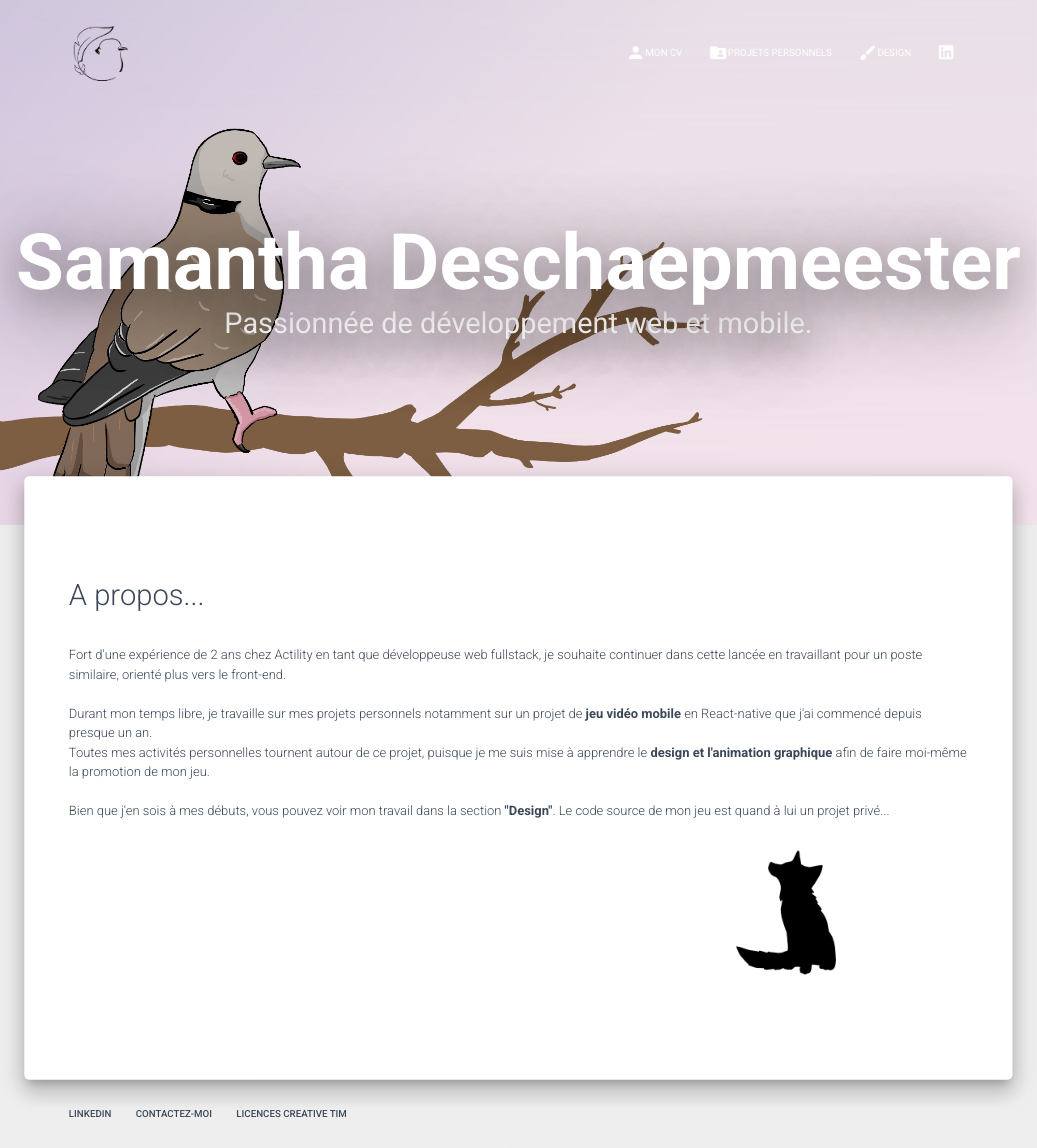
Repository: sdeschaepmeester/NewPortfolio
Page: /
The author's editor kept a copy of each file at every save. The page is drawn from the files as they stood at one save, then again after the next save.
The browser window is 1280 px wide. The pictures show the whole page, at 81% of full size.
Some web libraries are served in a nearby version. The project was rebuilt for these pictures with package versions that can differ from the ones it lists, and the page was loaded fresh each time. Also part of the build but not shown: vue.config.js, src/views/components/NavigationSection.vue, src/views/components/SmallNavigationSection.vue, src/components/Dropdown.vue, src/components/Pagination.vue, src/components/Slider.vue, src/components/Badge.vue, src/components/cards/NavTabsCard.vue and 11 more.

Above is the page before, as saved 2022-07-06 16:48:50.

After the next save:
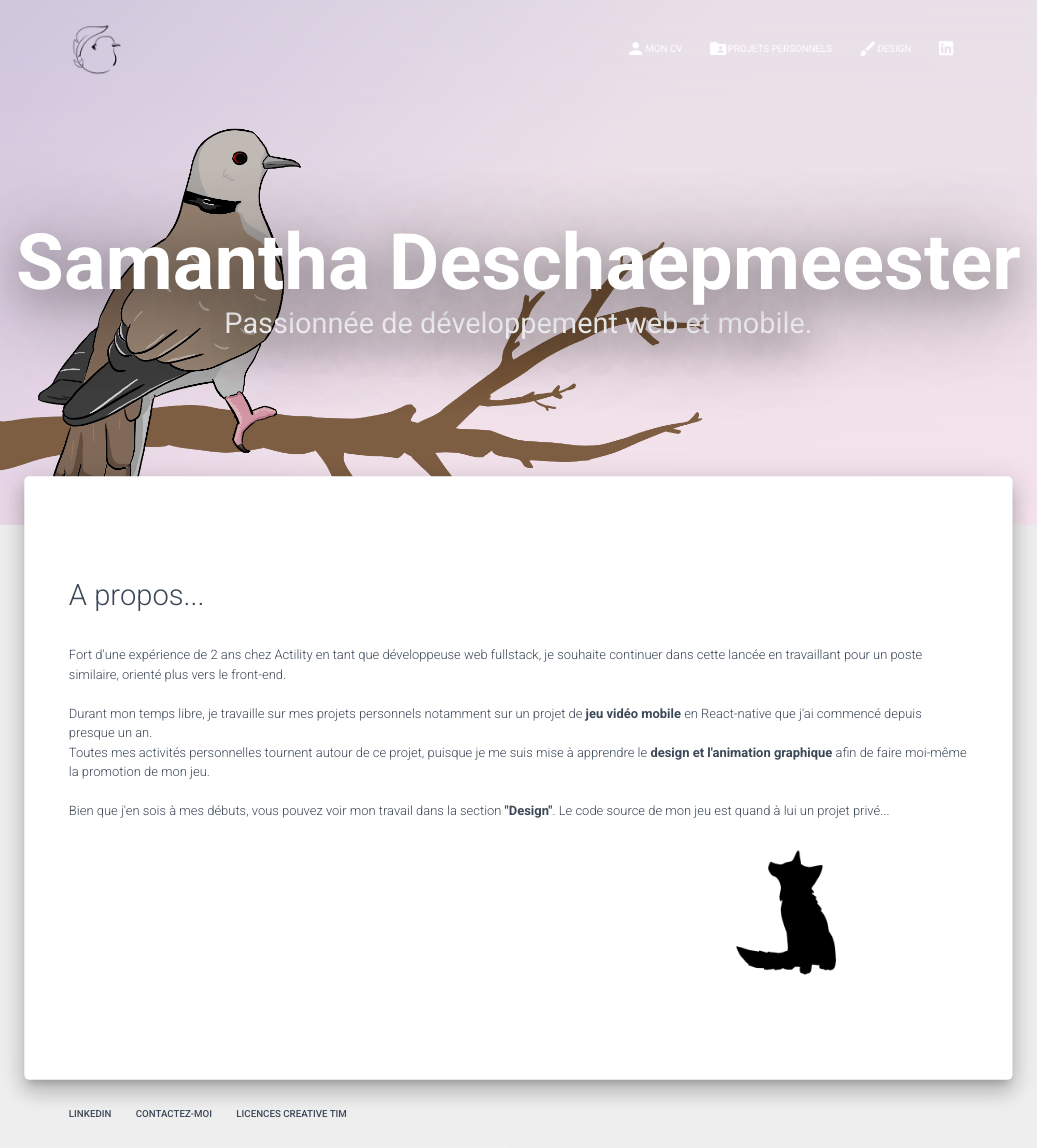
Saved 13 s later.
--- a/src/layout/MainNavbar.vue
+++ b/src/layout/MainNavbar.vue
@@ -9,7 +9,7 @@
     <div class="md-toolbar-row md-collapse-lateral">
       <div class="md-toolbar-section-start">
         <a href="#/">
-          <img src="../assets/img/logo-simple.png" style="height: 80px; left: 0; position: 'absolute'" />
+          <img src="../assets/img/logo-simple.png" style="height: 70px; left: 0; position: 'absolute'" />
         </a>
       </div>
       <div class="md-toolbar-section-end">
